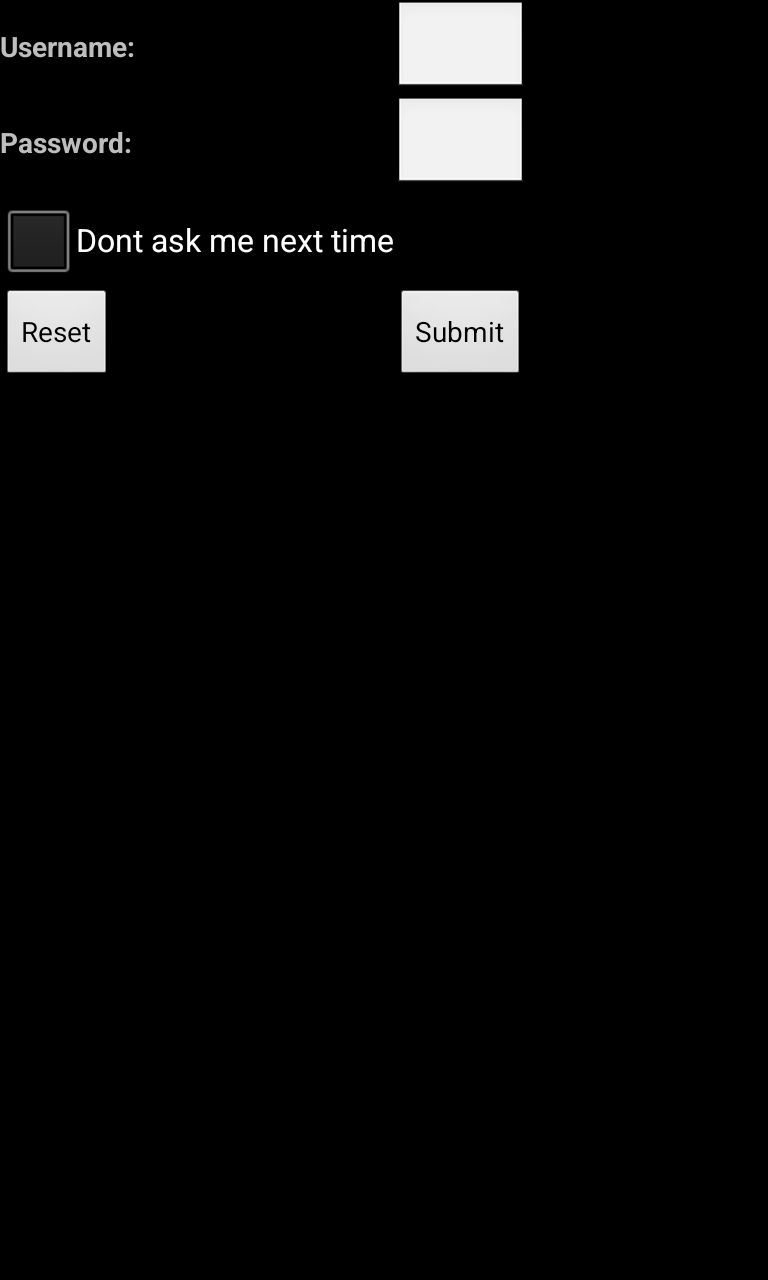
Repository: World-Three-Technologies/Masxaro-Prototype
Layout: Android/W3T/res/layout/main_login.xml
The author's editor kept a copy of each file at every save. The layout is drawn from the files as they stood at one save, then again after the next save.
It is drawn on a 768 x 1280 px phone screen (xhdpi) without system bars, with theme android:Theme; the app's code is not run.

Above is the layout before, as saved 2011-06-02 09:13:40.

After the next save:
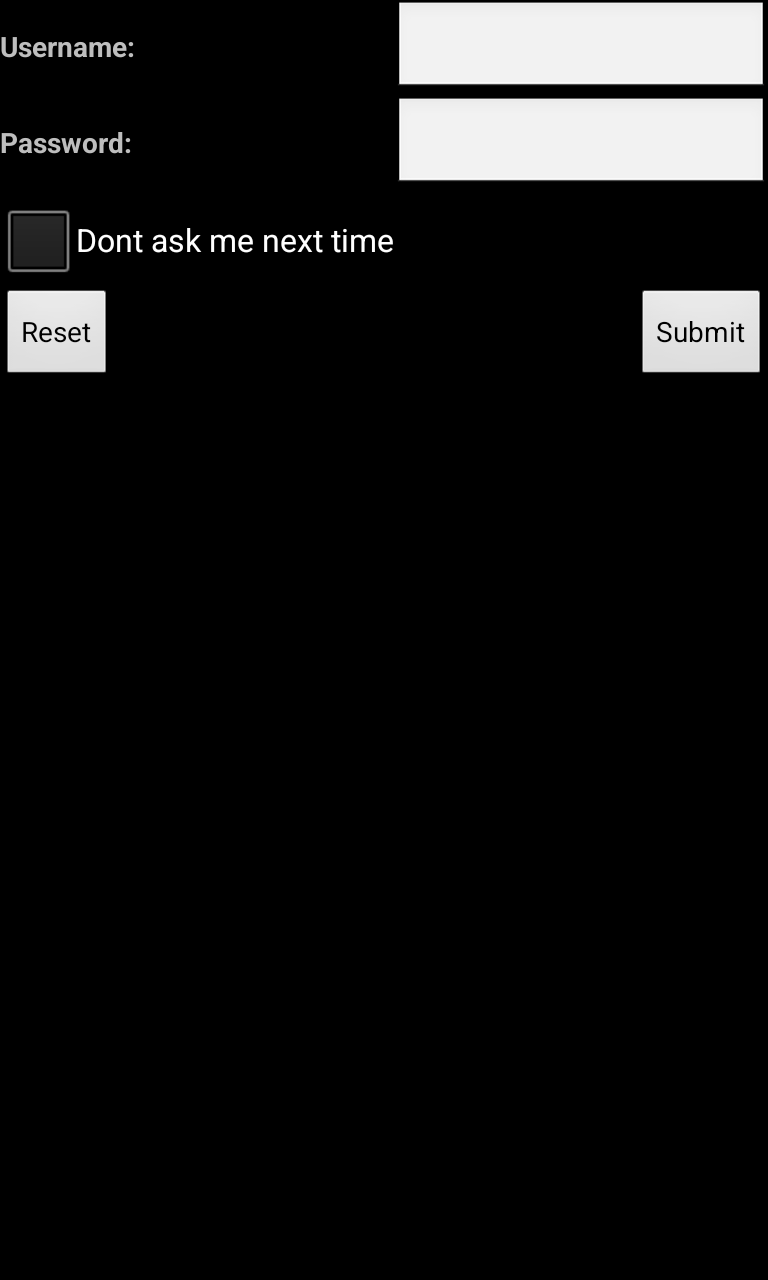
Saved 20 s later.
--- a/Android/W3T/res/layout/main_login.xml
+++ b/Android/W3T/res/layout/main_login.xml
@@ -6,7 +6,8 @@
 >
     <TableLayout android:layout_width="fill_parent"
 	    android:layout_height="fill_parent"
-
+	    android:stretchColumns="1"
+	    android:shrinkColumns="0"
     >
 		<TableRow>
 			<TextView android:text="@string/main_label_user"
